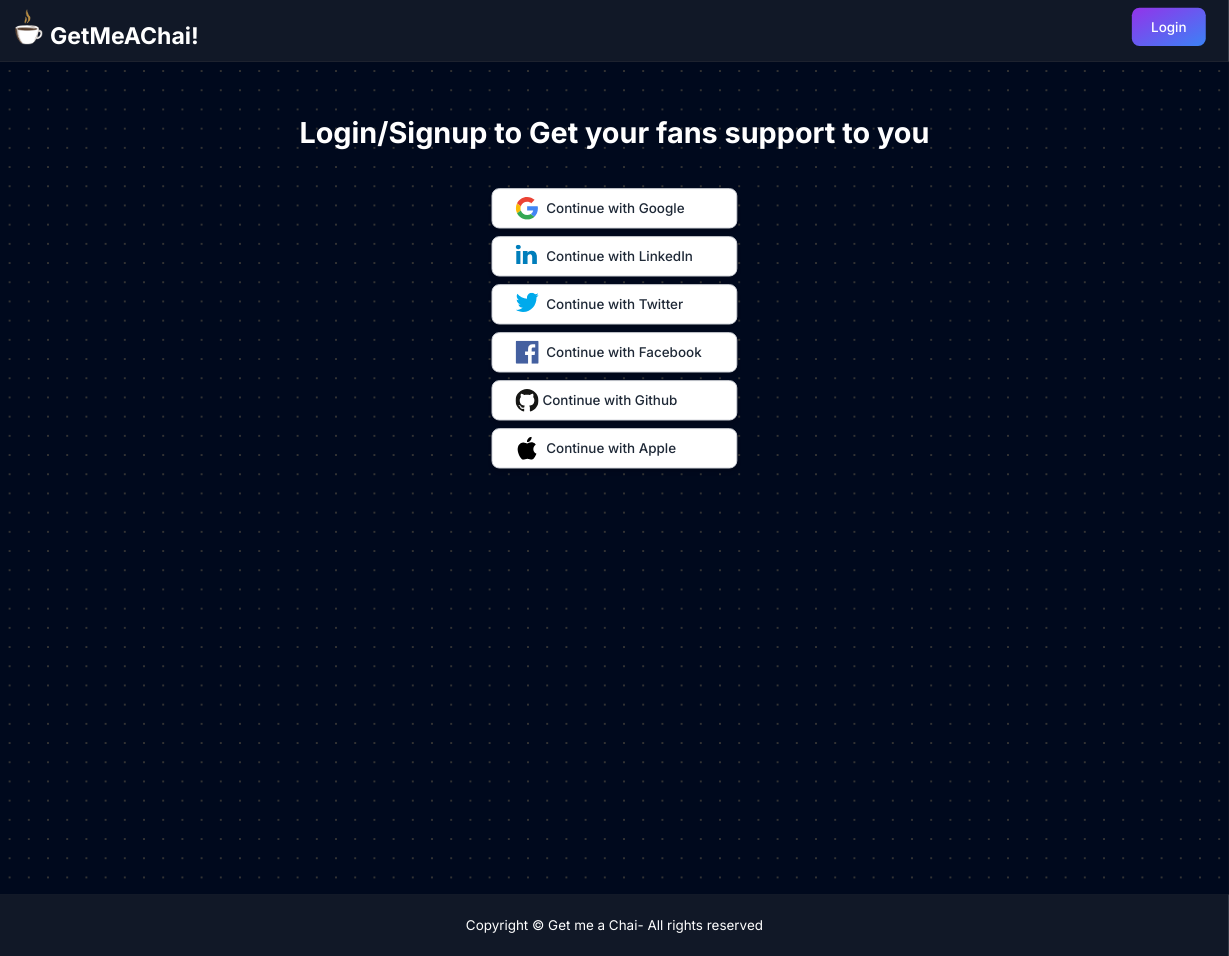
Repository: sarthaktomar579/saharaWorks
Page: /login
The author's editor kept a copy of each file at every save. The page is drawn from the files as they stood at one save, then again after the next save.
The browser window is 1280 px wide. The pictures show the whole page, at 96% of full size.
The project was rebuilt for these pictures with package versions that can differ from the ones it lists, and the page was loaded fresh each time. The framework's server and built-in components were replaced by stand-ins that run in the browser. Also part of the build but not shown: next.config.mjs.

Above is the page before, as saved 2024-09-01 00:30:32.

### app/layout.js
import { Inter } from "next/font/google";
import "./globals.css";
import Navbar from "@/components/Navbar";
import Footer from "@/components/Footer";
import SessionWrapper from "@/components/SessionWrapper";

const inter = Inter({ subsets: ["latin"] });

export const metadata = {
  title: "Get me a Chai- Fund your projects with a chai",
  description: "This website is a crowd funding platform for creators",
};

export default function RootLayout({ children }) {
  return (
    <html lang="en">
      <body className={inter.className}>
        <SessionWrapper>
        <Navbar/>
        <div className="min-h-[82.3vh] bg-[#000000] bg-[radial-gradient(#ffffff33_1px,#00091d_1px)] bg-[size:20px_20px]">
        {children}
        </div>
        <Footer/>
        </SessionWrapper>
      </body>
    </html>
  );
}
{/* <div class="absolute top-0 z-[-2] h-screen w-screen bg-[#000000] bg-[radial-gradient(#ffffff33_1px,#00091d_1px)] bg-[size:20px_20px]"></div> */}

### app/login/page.js
import React from 'react';

const Login = () => {
    return (
        <div className='mx-auto py-14 text-white'>
            <h1 className='text-center text-3xl font-bold'>
                Login/Signup to Get your fans support to you
            </h1>
            <div className="flex flex-col gap-2 min-h-screen p-10">


                <button
                    className="mx-auto flex items-center w-64 border bg-white border-gray-300 rounded-lg shadow-md max-w-xs px-6 py-2 text-sm font-medium text-gray-800 hover:bg-gray-200 focus:outline-none focus:ring-2 focus:ring-offset-2 focus:ring-gray-500">
                    <svg className="h-6 w-6 mr-2" xmlns="http://www.w3.org/2000/svg" viewBox="-0.5 0 48 48" version="1.1">

                        <g id="Icons" stroke="none" stroke-width="1" fill="none" fill-rule="evenodd">
                            <g id="Color-" transform="translate(-401.000000, -860.000000)">
                                <g id="Google" transform="translate(401.000000, 860.000000)">
                                    <path
                                        d="M9.82727273,24 C9.82727273,22.4757333 10.0804318,21.0144 10.5322727,19.6437333 L2.62345455,13.6042667 C1.08206818,16.7338667 0.213636364,20.2602667 0.213636364,24 C0.213636364,27.7365333 1.081,31.2608 2.62025,34.3882667 L10.5247955,28.3370667 C10.0772273,26.9728 9.82727273,25.5168 9.82727273,24"
                                        id="Fill-1" fill="#FBBC05"> </path>
                                    <path
                                        d="M23.7136364,10.1333333 C27.025,10.1333333 30.0159091,11.3066667 32.3659091,13.2266667 L39.2022727,6.4 C35.0363636,2.77333333 29.6954545,0.533333333 23.7136364,0.533333333 C14.4268636,0.533333333 6.44540909,5.84426667 2.62345455,13.6042667 L10.5322727,19.6437333 C12.3545909,14.112 17.5491591,10.1333333 23.7136364,10.1333333"
                                        id="Fill-2" fill="#EB4335"> </path>
                                    <path
                                        d="M23.7136364,37.8666667 C17.5491591,37.8666667 12.3545909,33.888 10.5322727,28.3562667 L2.62345455,34.3946667 C6.44540909,42.1557333 14.4268636,47.4666667 23.7136364,47.4666667 C29.4455,47.4666667 34.9177955,45.4314667 39.0249545,41.6181333 L31.5177727,35.8144 C29.3995682,37.1488 26.7323182,37.8666667 23.7136364,37.8666667"
                                        id="Fill-3" fill="#34A853"> </path>
                                    <path
                                        d="M46.1454545,24 C46.1454545,22.6133333 45.9318182,21.12 45.6113636,19.7333333 L23.7136364,19.7333333 L23.7136364,28.8 L36.3181818,28.8 C35.6879545,31.8912 33.9724545,34.2677333 31.5177727,35.8144 L39.0249545,41.6181333 C43.3393409,37.6138667 46.1454545,31.6490667 46.1454545,24"
                                        id="Fill-4" fill="#4285F4"> </path>
                                </g>
                            </g>
                        </g>
                    </svg>
                    <span>Continue with Google</span>
                </button>


                <button
                    className="mx-auto flex items-center w-64  border bg-white border-gray-300 rounded-lg shadow-md max-w-xs px-6 py-2 text-sm font-medium text-gray-800 hover:bg-gray-200 focus:outline-none focus:ring-2 focus:ring-offset-2 focus:ring-gray-500">
                    <svg className="h-6 w-6 mr-2" xmlns="http://www.w3.org/2000/svg" viewBox="-0.5 0 48 48" version="1.1">
                        <g id="Icons" stroke="none" stroke-width="1" fill="none" fill-rule="evenodd">
                            <g id="Color-" transform="translate(-702.000000, -265.000000)" fill="#007EBB">
                                <path
                                    d="M746,305 L736.2754,305 L736.2754,290.9384 C736.2754,287.257796 734.754233,284.74515 731.409219,284.74515 C728.850659,284.74515 727.427799,286.440738 726.765522,288.074854 C726.517168,288.661395 726.555974,289.478453 726.555974,290.295511 L726.555974,305 L716.921919,305 C716.921919,305 717.046096,280.091247 716.921919,277.827047 L726.555974,277.827047 L726.555974,282.091631 C727.125118,280.226996 730.203669,277.565794 735.116416,277.565794 C741.21143,277.565794 746,281.474355 746,289.890824 L746,305 L746,305 Z M707.17921,274.428187 L707.117121,274.428187 C704.0127,274.428187 702,272.350964 702,269.717936 C702,267.033681 704.072201,265 707.238711,265 C710.402634,265 712.348071,267.028559 712.41016,269.710252 C712.41016,272.34328 710.402634,274.428187 707.17921,274.428187 L707.17921,274.428187 L707.17921,274.428187 Z M703.109831,277.827047 L711.685795,277.827047 L711.685795,305 L703.109831,305 L703.109831,277.827047 L703.109831,277.827047 Z"
                                    id="LinkedIn">

                                </path>
                            </g>
                        </g>
                    </svg> <span>Continue with LinkedIn</span>
                </button>


                <button
                    className="mx-auto flex items-center w-64  border bg-white border-gray-300 rounded-lg shadow-md max-w-xs px-6 py-2 text-sm font-medium text-gray-800 hover:bg-gray-200 focus:outline-none focus:ring-2 focus:ring-offset-2 focus:ring-gray-500">
                    <svg className="h-6 w-6 mr-2" xmlns="http://www.w3.org/2000/svg" viewBox="-0.5 0 48 48" version="1.1">
                        <g id="Icons" stroke="none" stroke-width="1" fill="none" fill-rule="evenodd">
                            <g id="Color-" transform="translate(-300.000000, -164.000000)" fill="#00AAEC">
                                <path
                                    d="M348,168.735283 C346.236309,169.538462 344.337383,170.081618 342.345483,170.324305 C344.379644,169.076201 345.940482,167.097147 346.675823,164.739617 C344.771263,165.895269 342.666667,166.736006 340.418384,167.18671 C338.626519,165.224991 336.065504,164 333.231203,164 C327.796443,164 323.387216,168.521488 323.387216,174.097508 C323.387216,174.88913 323.471738,175.657638 323.640782,176.397255 C315.456242,175.975442 308.201444,171.959552 303.341433,165.843265 C302.493397,167.339834 302.008804,169.076201 302.008804,170.925244 C302.008804,174.426869 303.747139,177.518238 306.389857,179.329722 C304.778306,179.280607 303.256911,178.821235 301.9271,178.070061 L301.9271,178.194294 C301.9271,183.08848 305.322064,187.17082 309.8299,188.095341 C309.004402,188.33225 308.133826,188.450704 307.235077,188.450704 C306.601162,188.450704 305.981335,188.390033 305.381229,188.271578 C306.634971,192.28169 310.269414,195.2026 314.580032,195.280607 C311.210424,197.99061 306.961789,199.605634 302.349709,199.605634 C301.555203,199.605634 300.769149,199.559408 300,199.466956 C304.358514,202.327194 309.53689,204 315.095615,204 C333.211481,204 343.114633,188.615385 343.114633,175.270495 C343.114633,174.831347 343.106181,174.392199 343.089276,173.961719 C345.013559,172.537378 346.684275,170.760563 348,168.735283"
                                    id="Twitter">

                                </path>
                            </g>
                        </g>
                    </svg>

                    <span>Continue with Twitter</span>
                </button>


                <button
                    className="mx-auto flex items-center w-64  border bg-white border-gray-300 rounded-lg shadow-md max-w-xs px-6 py-2 text-sm font-medium text-gray-800 hover:bg-gray-200 focus:outline-none focus:ring-2 focus:ring-offset-2 focus:ring-gray-500">
                    <svg className="h-6 w-6 mr-2" xmlns="http://www.w3.org/2000/svg" viewBox="-0.5 0 48 48" version="1.1">
                        <g id="Icons" stroke="none" stroke-width="1" fill="none" fill-rule="evenodd">
                            <g id="Color-" transform="translate(-200.000000, -160.000000)" fill="#4460A0">
                                <path
                                    d="M225.638355,208 L202.649232,208 C201.185673,208 200,206.813592 200,205.350603 L200,162.649211 C200,161.18585 201.185859,160 202.649232,160 L245.350955,160 C246.813955,160 248,161.18585 248,162.649211 L248,205.350603 C248,206.813778 246.813769,208 245.350955,208 L233.119305,208 L233.119305,189.411755 L239.358521,189.411755 L240.292755,182.167586 L233.119305,182.167586 L233.119305,177.542641 C233.119305,175.445287 233.701712,174.01601 236.70929,174.01601 L240.545311,174.014333 L240.545311,167.535091 C239.881886,167.446808 237.604784,167.24957 234.955552,167.24957 C229.424834,167.24957 225.638355,170.625526 225.638355,176.825209 L225.638355,182.167586 L219.383122,182.167586 L219.383122,189.411755 L225.638355,189.411755 L225.638355,208 L225.638355,208 Z"
                                    id="Facebook">

                                </path>
                            </g>
                        </g>
                    </svg>

                    <span>Continue with Facebook</span>
                </button>


                <button
                    className="mx-auto flex items-center w-64  border bg-white border-gray-300 rounded-lg shadow-md max-w-xs px-6 py-2 text-sm font-medium text-gray-800 hover:bg-gray-200 focus:outline-none focus:ring-2 focus:ring-offset-2 focus:ring-gray-500">
                     <svg className="h-6 w-6 mr-1" xmlns="http://www.w3.org/2000/svg" width="1.03em" height="1em" viewBox="0 0 256 250"><path fill="#161614" d="M128.001 0C57.317 0 0 57.307 0 128.001c0 56.554 36.676 104.535 87.535 121.46c6.397 1.185 8.746-2.777 8.746-6.158c0-3.052-.12-13.135-.174-23.83c-35.61 7.742-43.124-15.103-43.124-15.103c-5.823-14.795-14.213-18.73-14.213-18.73c-11.613-7.944.876-7.78.876-7.78c12.853.902 19.621 13.19 19.621 13.19c11.417 19.568 29.945 13.911 37.249 10.64c1.149-8.272 4.466-13.92 8.127-17.116c-28.431-3.236-58.318-14.212-58.318-63.258c0-13.975 5-25.394 13.188-34.358c-1.329-3.224-5.71-16.242 1.24-33.874c0 0 10.749-3.44 35.21 13.121c10.21-2.836 21.16-4.258 32.038-4.307c10.878.049 21.837 1.47 32.066 4.307c24.431-16.56 35.165-13.12 35.165-13.12c6.967 17.63 2.584 30.65 1.255 33.873c8.207 8.964 13.173 20.383 13.173 34.358c0 49.163-29.944 59.988-58.447 63.157c4.591 3.972 8.682 11.762 8.682 23.704c0 17.126-.148 30.91-.148 35.126c0 3.407 2.304 7.398 8.792 6.14C219.37 232.5 256 184.537 256 128.002C256 57.307 198.691 0 128.001 0m-80.06 182.34c-.282.636-1.283.827-2.194.39c-.929-.417-1.45-1.284-1.15-1.922c.276-.655 1.279-.838 2.205-.399c.93.418 1.46 1.293 1.139 1.931m6.296 5.618c-.61.566-1.804.303-2.614-.591c-.837-.892-.994-2.086-.375-2.66c.63-.566 1.787-.301 2.626.591c.838.903 1 2.088.363 2.66m4.32 7.188c-.785.545-2.067.034-2.86-1.104c-.784-1.138-.784-2.503.017-3.05c.795-.547 2.058-.055 2.861 1.075c.782 1.157.782 2.522-.019 3.08m7.304 8.325c-.701.774-2.196.566-3.29-.49c-1.119-1.032-1.43-2.496-.726-3.27c.71-.776 2.213-.558 3.315.49c1.11 1.03 1.45 2.505.701 3.27m9.442 2.81c-.31 1.003-1.75 1.459-3.199 1.033c-1.448-.439-2.395-1.613-2.103-2.626c.301-1.01 1.747-1.484 3.207-1.028c1.446.436 2.396 1.602 2.095 2.622m10.744 1.193c.036 1.055-1.193 1.93-2.715 1.95c-1.53.034-2.769-.82-2.786-1.86c0-1.065 1.202-1.932 2.733-1.958c1.522-.03 2.768.818 2.768 1.868m10.555-.405c.182 1.03-.875 2.088-2.387 2.37c-1.485.271-2.861-.365-3.05-1.386c-.184-1.056.893-2.114 2.376-2.387c1.514-.263 2.868.356 3.061 1.403"/></svg>

                    <span>Continue with Github</span>
                </button>


                <button
                    className="mx-auto flex items-center w-64 border bg-white border-gray-300 rounded-lg shadow-md max-w-xs px-4 py-2 text-sm font-medium text-gray-800 hover:bg-gray-200 focus:outline-none focus:ring-2 focus:ring-offset-2 focus:ring-gray-500 space-x-2">
                    <svg className="h-6 w-6 ml-2"  xmlns="http://www.w3.org/2000/svg" width="0.82em" height="1em" viewBox="0 0 256 315"><path d="M213.803 167.03c.442 47.58 41.74 63.413 42.197 63.615c-.35 1.116-6.599 22.563-21.757 44.716c-13.104 19.153-26.705 38.235-48.13 38.63c-21.05.388-27.82-12.483-51.888-12.483c-24.061 0-31.582 12.088-51.51 12.871c-20.68.783-36.428-20.71-49.64-39.793c-27-39.033-47.633-110.3-19.928-158.406c13.763-23.89 38.36-39.017 65.056-39.405c20.307-.387 39.475 13.662 51.889 13.662c12.406 0 35.699-16.895 60.186-14.414c10.25.427 39.026 4.14 57.503 31.186c-1.49.923-34.335 20.044-33.978 59.822M174.24 50.199c10.98-13.29 18.369-31.79 16.353-50.199c-15.826.636-34.962 10.546-46.314 23.828c-10.173 11.763-19.082 30.589-16.678 48.633c17.64 1.365 35.66-8.964 46.64-22.262" /></svg>
                    <span>Continue with Apple</span>
                </button>



            </div>
        </div>
    );
};

export default Login;

### components/Navbar.js
import React from 'react'
import Link from 'next/link'

const Navbar = () => {
  return (
    <nav className='bg-gray-900 text-white flex justify-between items-center px-4 h-16'>
       <div className="logo font-bold text-lg flex justify-center items-baseline gap-2">
        <img width={28} src="tea.gif" alt="" />
        <span className='text-2xl'>GetMeAChai!</span>
      </div>
       {/* <ul className='flex justify-between gap-4'>
        <li>Home</li>
        <li>About</li>
        <li>Projects</li>
        <li>Sign up</li>
        <li>Login</li>
       </ul> */}

       <div>
         <Link href={'/login'}>
          <button className='text-white bg-gradient-to-br from-purple-600 to-blue-500 hover:bg-gradient-to-bl focus:ring-4 focus:outline-none focus:ring-blue-300 dark:focus:ring-blue-800 font-medium rounded-lg text-sm px-5 py-2.5 text-center me-2 mb-2'>
            Login
          </button>
         </Link>
       </div>
    </nav>
  )
}

export default Navbar

### components/Footer.js
import React from 'react'

const Footer = () => {
  return (
    <footer className='bg-gray-900 text-sm text-white flex justify-center items-center px-4 h-16'>
      <p className='text-center'>Copyright &copy; Get me a Chai- All rights reserved</p>
    </footer>
  )
}

export default Footer

### components/SessionWrapper.js
import { SessionProvider } from "next-auth/react"

export default function SessionWrapper({children}){

  return (
    <SessionProvider>
        {children}
    </SessionProvider>
  )
}

Loaded but not shown: app/globals.css (common file); tailwind.config.js (common file)

After the next save:
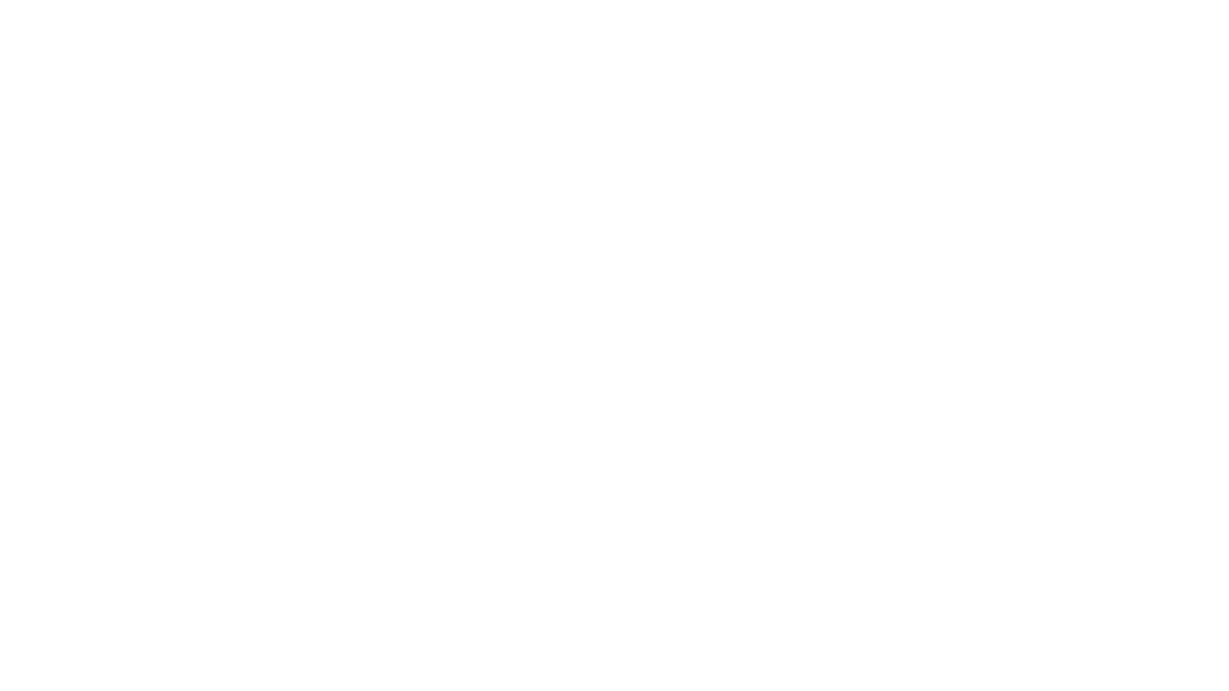
Saved 6 s later.
--- a/app/layout.js
+++ b/app/layout.js
@@ -16,12 +16,7 @@
     <html lang="en">
       <body className={inter.className}>
         <SessionWrapper>
-        <Navbar/>
-        <div className="min-h-[82.3vh] bg-[#000000] bg-[radial-gradient(#ffffff33_1px,#00091d_1px)] bg-[size:20px_20px]">
-        {children}
-        </div>
-        <Footer/>
-        </SessionWrapper>
+                  </SessionWrapper>
       </body>
     </html>
   );

After the 2 saves that followed:
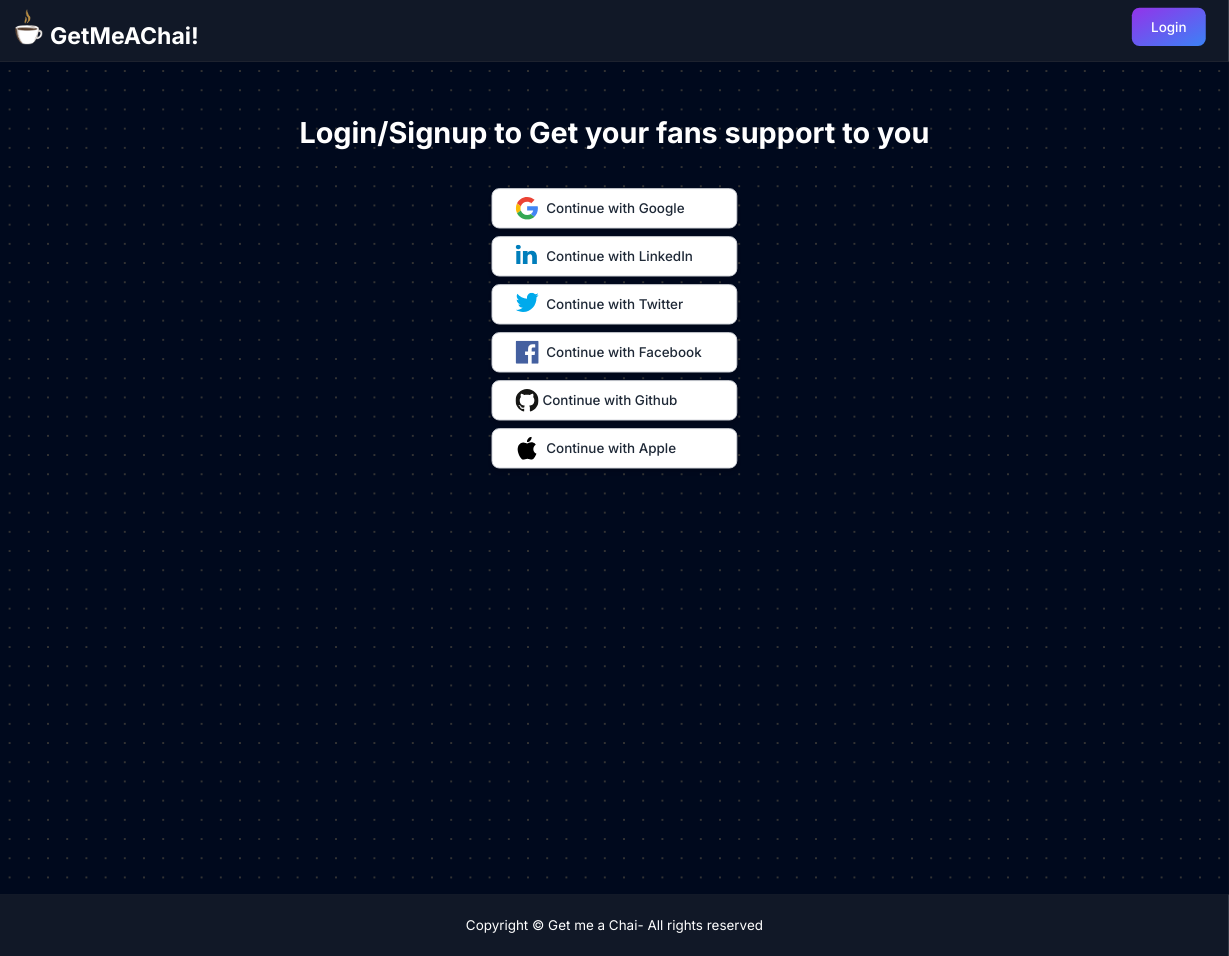
The 2 saves are shown as one change because they came seconds apart.
The last was saved 6 s later.
--- a/app/layout.js
+++ b/app/layout.js
@@ -16,7 +16,12 @@
     <html lang="en">
       <body className={inter.className}>
         <SessionWrapper>
-                  </SessionWrapper>
+        <Navbar/>
+        <div className="min-h-[82.3vh] bg-[#000000] bg-[radial-gradient(#ffffff33_1px,#00091d_1px)] bg-[size:20px_20px]">
+        {children}
+        </div>
+        <Footer/>
+        </SessionWrapper>
       </body>
     </html>
   );
